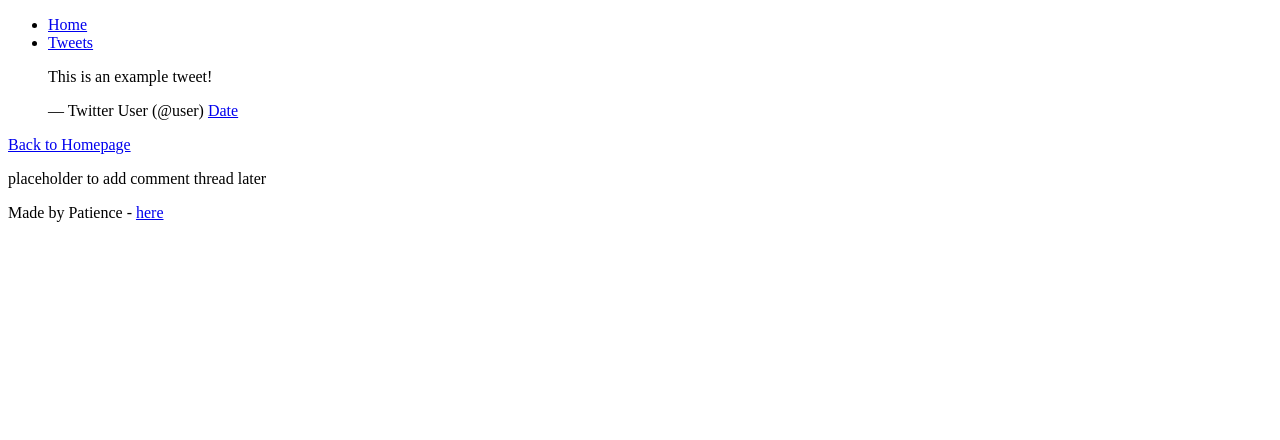
Repository: Patience225/My_First_Portfolio
Page: html_basic/tweets.html
An editor plug-in stored every save of this project. The page is shown before and after the next save, followed by the edit.
The browser window is 1280 px wide. The pictures show the whole page.

Above is the page before, as saved 2024-12-15 20:39:26.

After the next save:
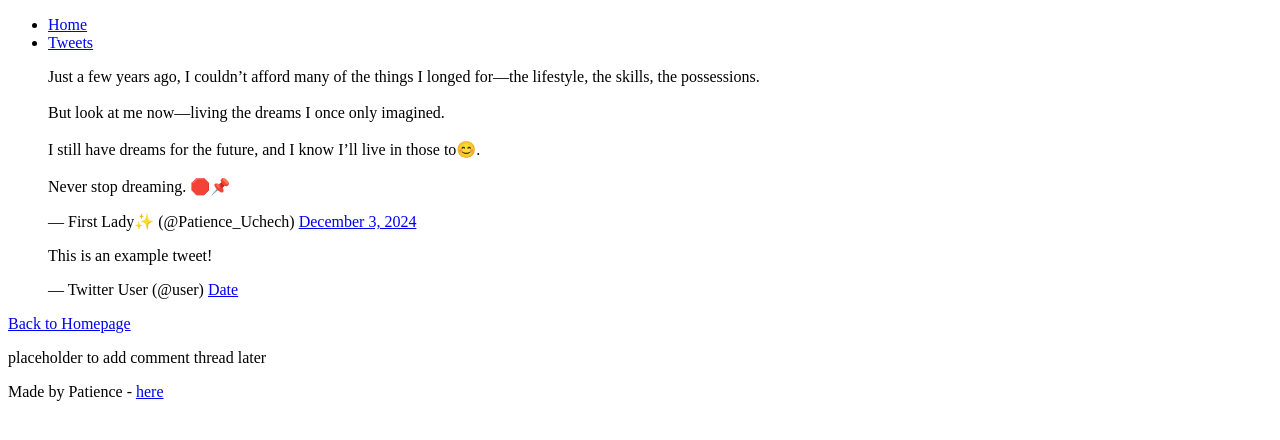
Saved 4 s later.
--- a/html_basic/tweets.html
+++ b/html_basic/tweets.html
@@ -15,7 +15,7 @@
   <main>
     <article>
       <!-- Embed a tweet -->
-
+      <blockquote class="twitter-tweet"><p lang="en" dir="ltr">Just a few years ago, I couldn’t afford many of the things I longed for—the lifestyle, the skills, the possessions.<br><br>But look at me now—living the dreams I once only imagined.<br><br>I still have dreams for the future, and I know I’ll live in those to😊.<br><br>Never stop dreaming. 🛑📌</p>&mdash; First Lady✨ (@Patience_Uchech) <a href="https://twitter.com/Patience_Uchech/status/1863800680617541974?ref_src=twsrc%5Etfw">December 3, 2024</a></blockquote> <script async src="https://platform.twitter.com/widgets.js" charset="utf-8"></script>
       <blockquote class="twitter-tweet">
         <p lang="en" dir="ltr">This is an example tweet!</p>&mdash; Twitter User (@user)
         <a href="https://twitter.com/user/status/12345">Date</a>
